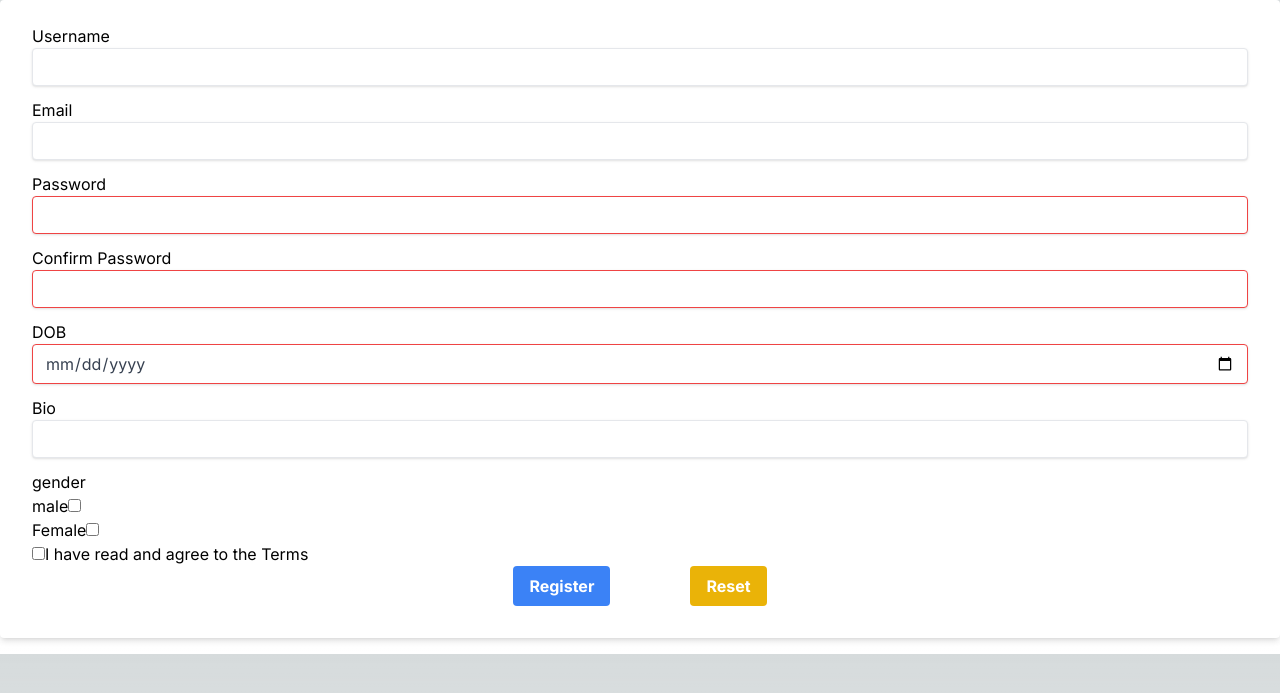
Repository: uh-sman/tiktok-card
Page: /
The author's editor kept a copy of each file at every save. The page is drawn from the files as they stood at one save, then again after the next save.
The browser window is 1280 px wide. The pictures show the whole page.
The project was rebuilt for these pictures with package versions that can differ from the ones it lists, and the page was loaded fresh each time. The framework's server and built-in components were replaced by stand-ins that run in the browser. Also part of the build but not shown: next.config.js.

Above is the page before, as saved 2023-12-19 14:20:09.

### app/page.tsx
'use client'
// import Input from "./components/Input";
import { FieldValues, SubmitHandler, useForm } from "react-hook-form";
import AuthForm from "./components/AuthForm";
type FormValues = {
  name: string,
      email: string,
      password: string,
      confirmPassword: string,
      DateOfBirth: string,
      Bio: string,
      gender: string,
      termsAndConditions: string
}

export default function Home() {
  return (
    <div>
      <AuthForm />
    </div>
  )
}



{/* <form class="max-w-sm mx-auto">
  <div class="mb-5">
    <label for="email" class="block mb-2 text-sm font-medium text-gray-900 dark:text-white">Your email</label>
    <input type="email" id="email" class="bg-gray-50 border border-gray-300 text-gray-900 text-sm rounded-lg focus:ring-blue-500 focus:border-blue-500 block w-full p-2.5 dark:bg-gray-700 dark:border-gray-600 dark:placeholder-gray-400 dark:text-white dark:focus:ring-blue-500 dark:focus:border-blue-500" placeholder="name@flowbite.com" required>
  </div>
  <div class="mb-5">
    <label for="password" class="block mb-2 text-sm font-medium text-gray-900 dark:text-white">Your password</label>
    <input type="password" id="password" class="bg-gray-50 border border-gray-300 text-gray-900 text-sm rounded-lg focus:ring-blue-500 focus:border-blue-500 block w-full p-2.5 dark:bg-gray-700 dark:border-gray-600 dark:placeholder-gray-400 dark:text-white dark:focus:ring-blue-500 dark:focus:border-blue-500" required>
  </div>
  <div class="flex items-start mb-5">
    <div class="flex items-center h-5">
      <input id="remember" type="checkbox" value="" class="w-4 h-4 border border-gray-300 rounded bg-gray-50 focus:ring-3 focus:ring-blue-300 dark:bg-gray-700 dark:border-gray-600 dark:focus:ring-blue-600 dark:ring-offset-gray-800 dark:focus:ring-offset-gray-800" required>
    </div>
    <label for="remember" class="ms-2 text-sm font-medium text-gray-900 dark:text-gray-300">Remember me</label>
  </div>
  <button type="submit" class="text-white bg-blue-700 hover:bg-blue-800 focus:ring-4 focus:outline-none focus:ring-blue-300 font-medium rounded-lg text-sm w-full sm:w-auto px-5 py-2.5 text-center dark:bg-blue-600 dark:hover:bg-blue-700 dark:focus:ring-blue-800">Submit</button>
</form> */}

### app/components/AuthForm.tsx
import React from "react";
import { useForm } from "react-hook-form";
// the type of data
type UserSubmitForm = {
    username: string;
    email: string;
    password: string;
    confirmPassword: string;
    acceptTerms: boolean;
    male:boolean;
    female:boolean;
    Bio:string;
    DateOfBirth: number
  };
const AuthForm: React.FC = () => {
    // using the useForm hook from the react-hook-form package
    const {register,handleSubmit, reset} = useForm<UserSubmitForm>()
    // the onSubmit handler
    const onSubmit = (data: UserSubmitForm) => {
        console.log(data)
    }
    return (
        <div className="w-full max-w-xxl">
        <form className="bg-white shadow-md rounded px-8 pt-6 pb-8 mb-4" onSubmit={handleSubmit(onSubmit)}>
          <div className="flex flex-col">
            <label>Username</label>
            <input
            className="shadow appearance-none border rounded w-full py-2 px-3 text-gray-700 mb-3 leading-tight focus:outline-none focus:shadow-outline"
              type="text"
            //   using the hook to handle form state
              {...register('username')}
            />
            <div className="invalid-feedback">
                </div>
          </div>

          <div className="flex flex-col">
            <label>Email</label>
            <input
            className="shadow appearance-none border rounded w-full py-2 px-3 text-gray-700 mb-3 leading-tight focus:outline-none focus:shadow-outline"
              type="text"
              {...register('email')}
            />
            <div className="invalid-feedback">
                </div>
          </div>

          <div className="flex flex-col">
            <label>Password</label>
            <input
            className="shadow appearance-none border border-red-500 rounded w-full py-2 px-3 text-gray-700 mb-3 leading-tight focus:outline-none focus:shadow-outline"
              type="password"
              {...register('password')}
            />
            <div className="invalid-feedback">
                </div>
          </div>
          <div className="flex flex-col">
            <label>Confirm Password</label>
            <input
            className="shadow appearance-none border border-red-500 rounded w-full py-2 px-3 text-gray-700 mb-3 leading-tight focus:outline-none focus:shadow-outline"
              type="password"
              {...register('confirmPassword')}
            />
            <div className="invalid-feedback">
            </div>
          </div>
          <div className="flex flex-col">
            <label>DOB</label>
            <input
            className="shadow appearance-none border border-red-500 rounded w-full py-2 px-3 text-gray-700 mb-3 leading-tight focus:outline-none focus:shadow-outline"
              type="date"
              {...register('DateOfBirth')}
            />
            <div className="invalid-feedback">
            </div>
          </div>
          <div className="flex flex-col">
            <label>Bio</label>
            <input
            className="shadow appearance-none border rounded w-full py-2 px-3 text-gray-700 mb-3 leading-tight focus:outline-none focus:shadow-outline"
              type="text"
              {...register('Bio')}
            />
            <div className="invalid-feedback">
            </div>
          </div>

          <div className="">
          <label htmlFor="gender" className="font-md">
              gender
            </label>
            <div className="">
                <label htmlFor="Male">male</label>
            <input
              type="checkbox"
              {...register('male')}
            />

            </div>
            <div className="">
                <label htmlFor="Female">Female</label>
            <input
              type="checkbox"
              {...register('female')}
            />
            </div>
            <div className="invalid-feedback">
                </div>
          </div>
          <div className="">
            <input
              type="checkbox"
              {...register('acceptTerms')}
            />
            <label htmlFor="acceptTerms" className="form-check-label">
              I have read and agree to the Terms
            </label>
            <div className="invalid-feedback">
                </div>
          </div>

          <div className="flex justify-center gap-20">
            <button type="submit" className="bg-blue-500 hover:bg-blue-700 text-white font-bold py-2 px-4 rounded focus:outline-none focus:shadow-outline">
              Register
            </button>
            <button
              type="button"
              onClick={() => reset()}
              className="bg-yellow-500 hover:bg-yellow-700 text-white font-bold py-2 px-4 rounded focus:outline-none focus:shadow-outline"
            >
              Reset
            </button>
          </div>
        </form>
      </div>
    )
}

export default AuthForm;

Loaded but not shown: app/layout.tsx (common file); app/globals.css (common file); tailwind.config.ts (common file)

After the next save:
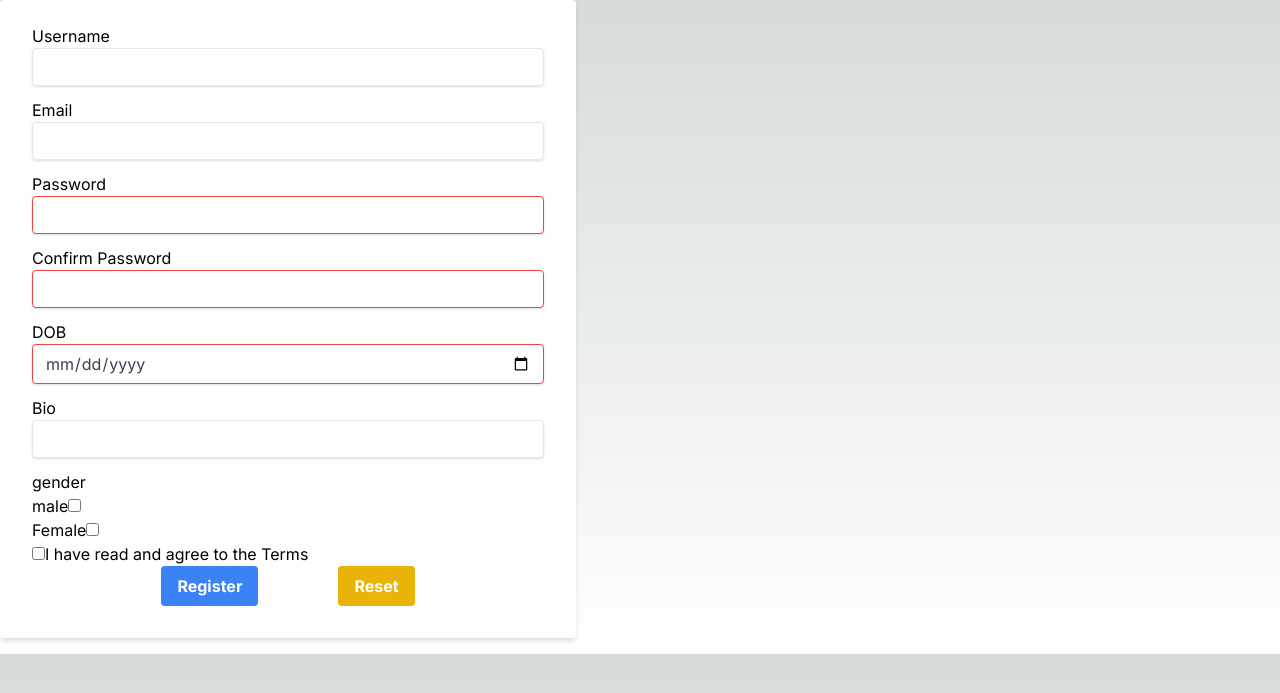
Saved 4 s later.
--- a/app/components/AuthForm.tsx
+++ b/app/components/AuthForm.tsx
@@ -20,7 +20,7 @@ const AuthForm: React.FC = () => {
         console.log(data)
     }
     return (
-        <div className="w-full max-w-xxl">
+        <div className="w-full max-w-xl">
         <form className="bg-white shadow-md rounded px-8 pt-6 pb-8 mb-4" onSubmit={handleSubmit(onSubmit)}>
           <div className="flex flex-col">
             <label>Username</label>
